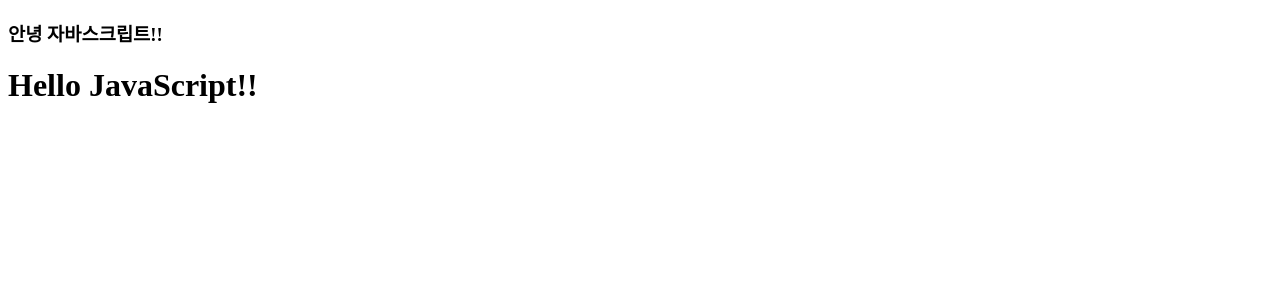
Repository: codelily98/Web
Page: JavaScript/src/main/webapp/javascript/exam01.html
The author's editor kept a copy of each file at every save. The page is drawn from the files as they stood at one save, then again after the next save.
The browser window is 1280 px wide. The pictures show the whole page.

Above is the page before, as saved 2024-08-19 03:10:33.

After the next save:
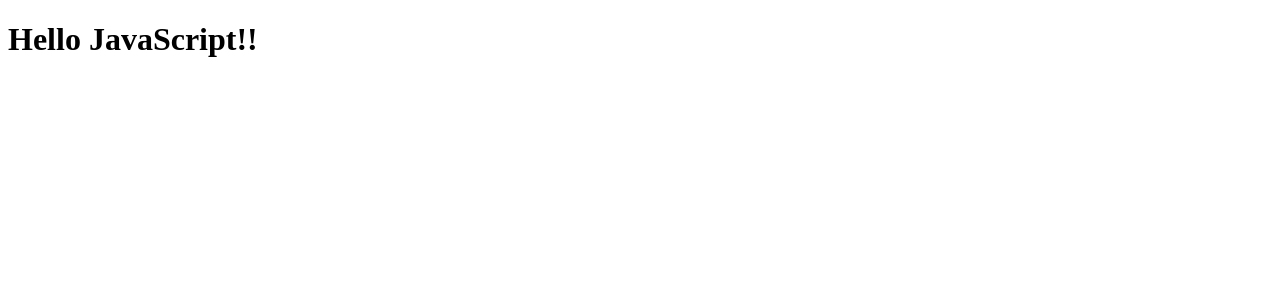
Console error: SyntaxError: Unexpected token '<'
Saved 5 s later.
--- a/JavaScript/src/main/webapp/javascript/exam01.html
+++ b/JavaScript/src/main/webapp/javascript/exam01.html
@@ -4,7 +4,7 @@
 <meta charset="UTF-8">
 <title>JavaScript 01</title>
 <script type="text/javascript">
-	document.write("<h3>안녕 자바스크립트!!</h3>");
+	document.write(<h3>"안녕 자바스크립트!!"</h3>);
 </script>
 </head>
 <body>

After the save that followed:
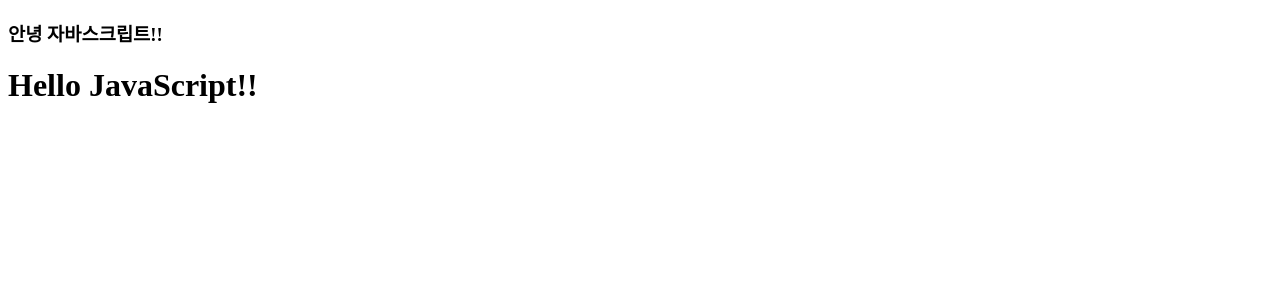
The error is gone.
Saved 17 s later.
--- a/JavaScript/src/main/webapp/javascript/exam01.html
+++ b/JavaScript/src/main/webapp/javascript/exam01.html
@@ -4,7 +4,7 @@
 <meta charset="UTF-8">
 <title>JavaScript 01</title>
 <script type="text/javascript">
-	document.write(<h3>"안녕 자바스크립트!!"</h3>);
+	document.write("<h3>안녕 자바스크립트!!</h3>");
 </script>
 </head>
 <body>
